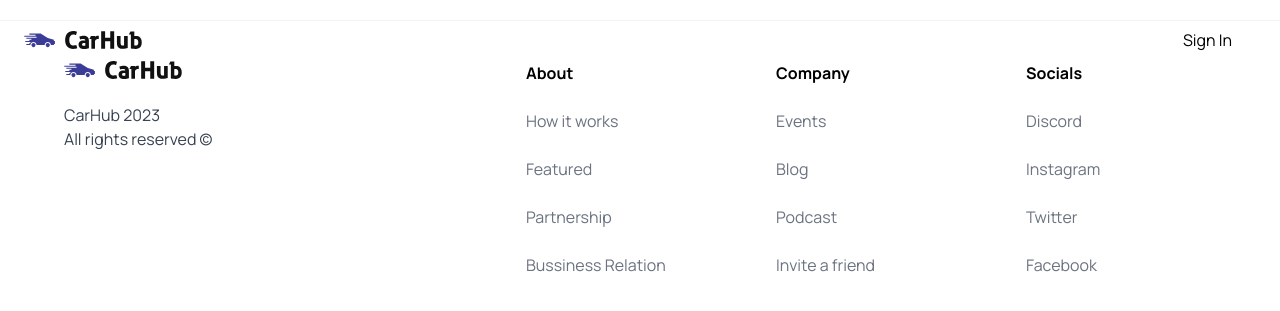
Repository: Astridtu/Website_02
Page: /
The author's editor kept a copy of each file at every save. The page is drawn from the files as they stood at one save, then again after the next save.
The browser window is 1280 px wide. The pictures show the whole page.
The project was rebuilt for these pictures with package versions that can differ from the ones it lists, and the page was loaded fresh each time. The framework's server and built-in components were replaced by stand-ins that run in the browser. Also part of the build but not shown: next.config.js.

Above is the page before, as saved 2023-10-23 13:32:12.

### app/layout.tsx
import type { Metadata } from 'next'
import './globals.css'
import Navbar from '@/components/Navbar'
import Footer from '@/components/Footer'

export const metadata: Metadata = {
  title: 'Car Hub',
  description: 'Discover the best cars in the world',
}

export default function RootLayout({
  children,
}: {
  children: React.ReactNode
}) {
  return (
    <html lang="en">
      <body className="relative">
        <Navbar/>
        {children}
        <Footer/>
        </body>
    </html>
  )
}

### app/page.tsx
import Image from 'next/image'

export default function Home() {
  return (
    <main className="overflow-hidden">


    </main>
  )
}

### components/Navbar.tsx
import Link from 'next/link';
import Image from 'next/image';

import CustomButton from './CustomButton';

const Navbar = () => {
  return (
    <header className='w-full absolute z-10'>
        <nav className='max-w-[1440px] mx-auto
        flex justify-between items-center
        sm: px-16 px-6 py-4'>
        <Link href="/" className='flex
        justify-center items-center'>
            <Image
            src = "/logo.svg"
            alt = " Car Hub Logo"
            width = {118}
            height={18}
            className='object-contain'
            />
        </Link>
        <CustomButton
        title = "Sign In"
        btnType = "button"
        containerStyles="text-primary-blue
        rounded-full bg-white min-w-[130px]"
        />
        </nav>
    </header>
  )
}

export default Navbar

### components/Footer.tsx
import Image from "next/image";
import Link from "next/link";

import { footerLinks } from "@/constants";

const Footer = () => {
  return (
    <footer className="flex flex-col
    text=black-100 mt-5 border-t
    border-gray-100">
        <div className="flex max-md:flex-col
        flex-wrap justify-between gap-5 sm:px-16
        px-6 py-10">
            <div className="flex flex-col
            justify-start items-start gap-6">
                <Image src="/logo.svg" alt = "logo"
                width={118} height={18} className="object-contain"/>
                <p className="text-base text-gray-700">
                    CarHub 2023 <br/>
                    All rights reserved &copy;
                </p>
            </div>
            <div className="footer__links">
                {footerLinks.map((Link) => (
                    <div key={Link.title}
                    className="footer__link">
                        <h3 className="font-bold">{Link.title}</h3>
                        {Link.links.map((item)=>(
                            <a
                            key = {item.title}
                            href={item.url}
                            className="text-gray-500"
                            >
                                {item.title}
                            </a>
                        ))}
                        </div>
                ))}

            </div>
            <div className="flex justiy-between "></div>

        </div>

    </footer>
  )
}

export default Footer

### components/CustomButton.tsx
"use client";

import { CustomButtonProps } from '@/types';
import image from 'next/image';

const CustomButton = ({title, containerStyles, handleClick, btnType}:CustomButtonProps) => {
  return (
    <button
      disabled={false}
      type={ btnType || "button"}
      className={'custom-btn ${containerStyles}'}
      onClick={handleClick}
    >
        <span className='flex-1'>
           {title}
        </span>

    </button>
  )
}

export default CustomButton

Loaded but not shown: app/globals.css (common file); constants/index.ts (common file); tailwind.config.ts (common file)

After the next save:
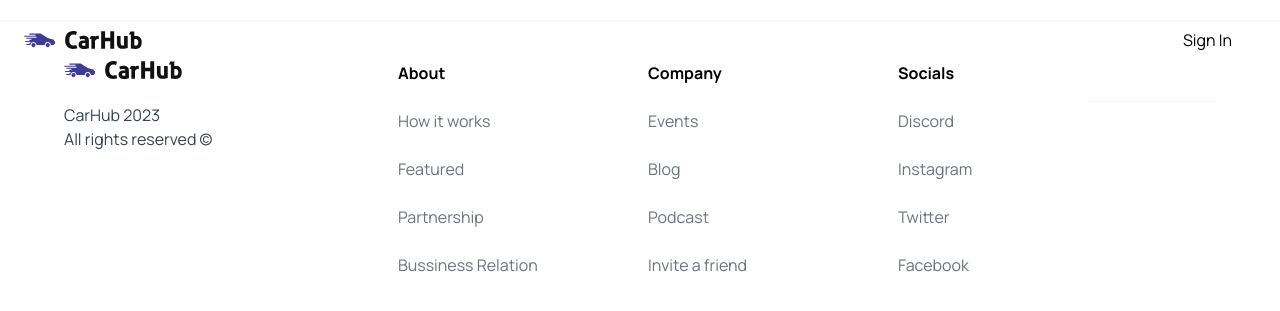
Saved 54 s later.
--- a/components/Footer.tsx
+++ b/components/Footer.tsx
@@ -38,7 +38,7 @@
                 ))}
 
             </div>
-            <div className="flex justiy-between "></div>
+            <div className="flex justiy-between items-center flex-wrap mt-10 border-t border-gray-100 sm:px-16 px-6 py-10 "></div>
 
         </div>
 
